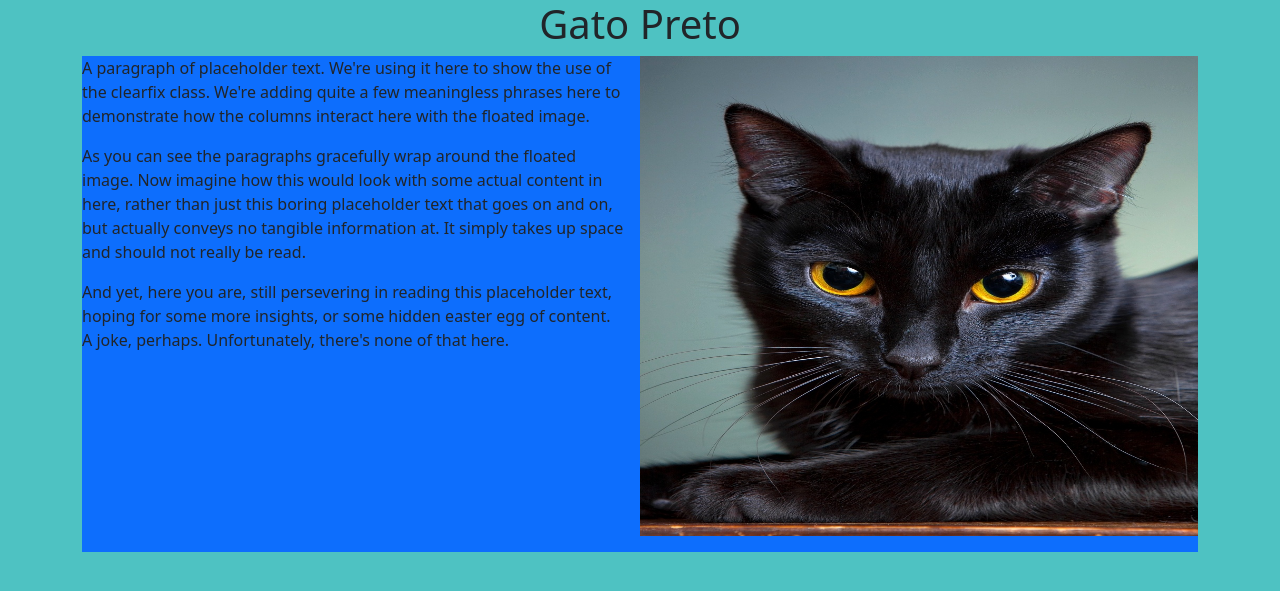
Repository: SktYzu/gatitu
Page: index.html
The author's editor kept a copy of each file at every save. The page is drawn from the files as they stood at one save, then again after the next save.
The browser window is 1280 px wide. The pictures show the whole page.

Above is the page before, as saved 2023-11-27 15:09:17.

### index.html
<!DOCTYPE html>
<html lang="pt-BR">

<head>
    <meta charset="UTF-8">
    <meta name="viewport" content="width=device-width, initial-scale=1.0">
    <link rel="stylesheet" href="https://cdn.jsdelivr.net/npm/bootstrap@5.3.2/dist/css/bootstrap.min.css">
    <script src="https://cdn.jsdelivr.net/npm/bootstrap@5.3.2/dist/js/bootstrap.bundle.min.js"
        integrity="sha384-C6RzsynM9kWDrMNeT87bh95OGNyZPhcTNXj1NW7RuBCsyN/o0jlpcV8Qyq46cDfL"
        crossorigin="anonymous"></script>
    <title>Teste</title>
    <style>
        body {
            background-image: url('cat.jpg');
            background-size: cover;
        }
    </style>
</head>

<body>

    <h1 class="container text-center">Gato Preto</h1>
    <div class="container">

        <div class="clearfix bg-primary" >
            <img src="preto.jpg" class="col-md-6 float-md-end mb-3 ms-md-3" alt="..." height="480px">

            <p>
                A paragraph of placeholder text. We're using it here to show the use of the clearfix class. We're adding
                quite a few meaningless phrases here to demonstrate how the columns interact here with the floated
                image.
            </p>

            <p>
                As you can see the paragraphs gracefully wrap around the floated image. Now imagine how this would look
                with
                some actual content in here, rather than just this boring placeholder text that goes on and on, but
                actually
                conveys no tangible information at. It simply takes up space and should not really be read.
            </p>

            <p>
                And yet, here you are, still persevering in reading this placeholder text, hoping for some more
                insights, or
                some hidden easter egg of content. A joke, perhaps. Unfortunately, there's none of that here.
            </p>
        </div>
    </div>


</body>

</html>

After the next save:
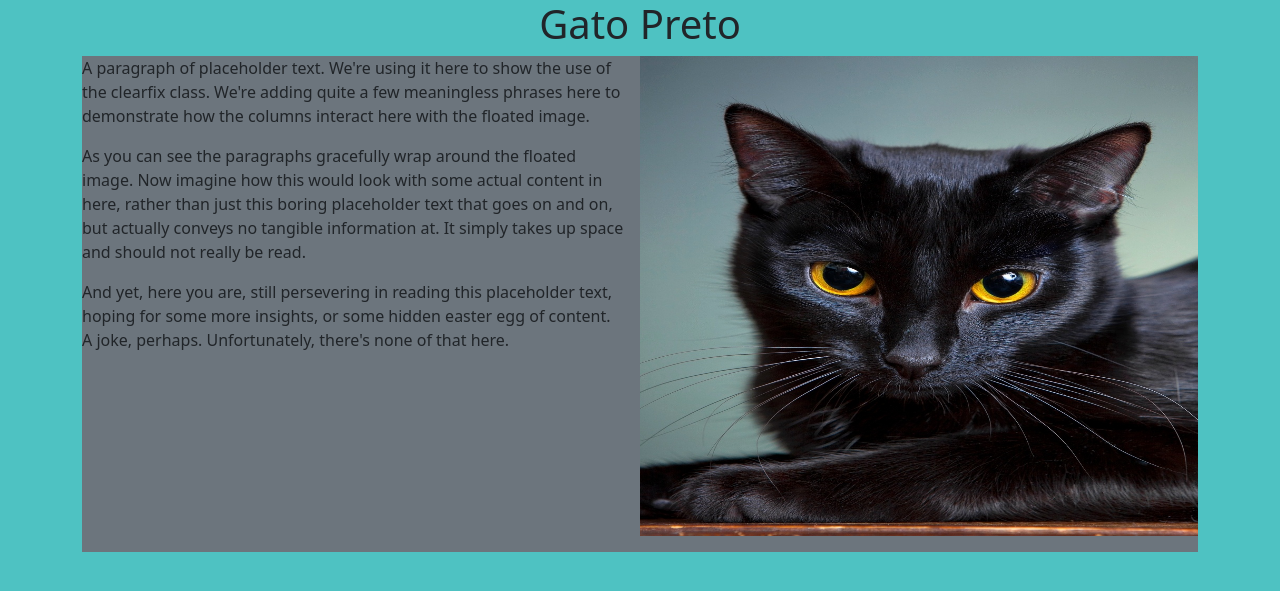
Saved 15 s later.
--- a/index.html
+++ b/index.html
@@ -22,7 +22,7 @@
     <h1 class="container text-center">Gato Preto</h1>
     <div class="container">
 
-        <div class="clearfix bg-primary" >
+        <div class="clearfix bg-secondary" >
             <img src="preto.jpg" class="col-md-6 float-md-end mb-3 ms-md-3" alt="..." height="480px">
 
             <p>
